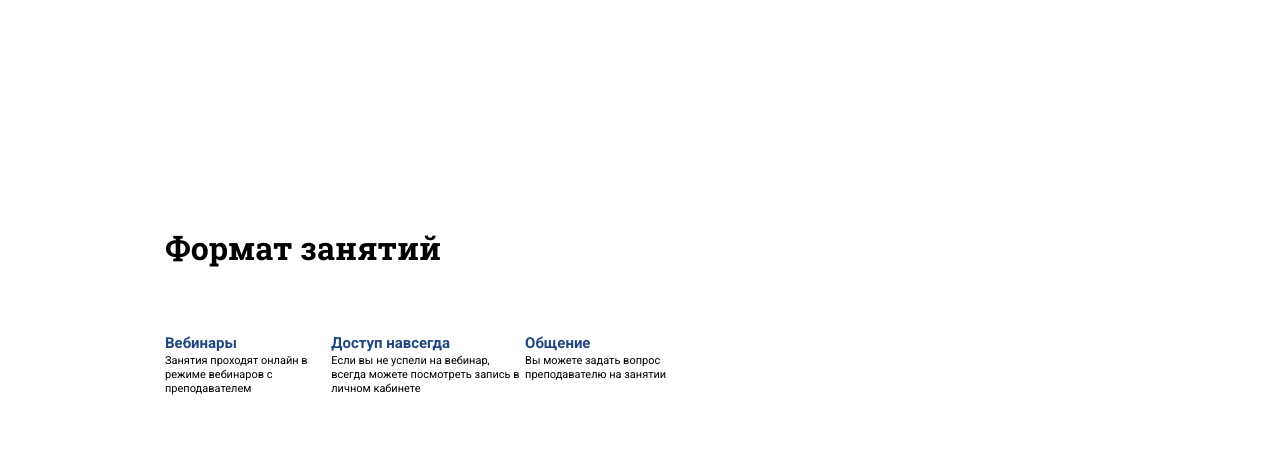
Repository: PoladEziz/Task-4
Page: index.html
These files come from the project's save history. The page is drawn as it stood at one moment and after the next save; the edit follows.
The browser window is 1280 px wide. The pictures show the whole page.

Above is the page before, as saved 2023-05-09 17:20:16.

After the next save:
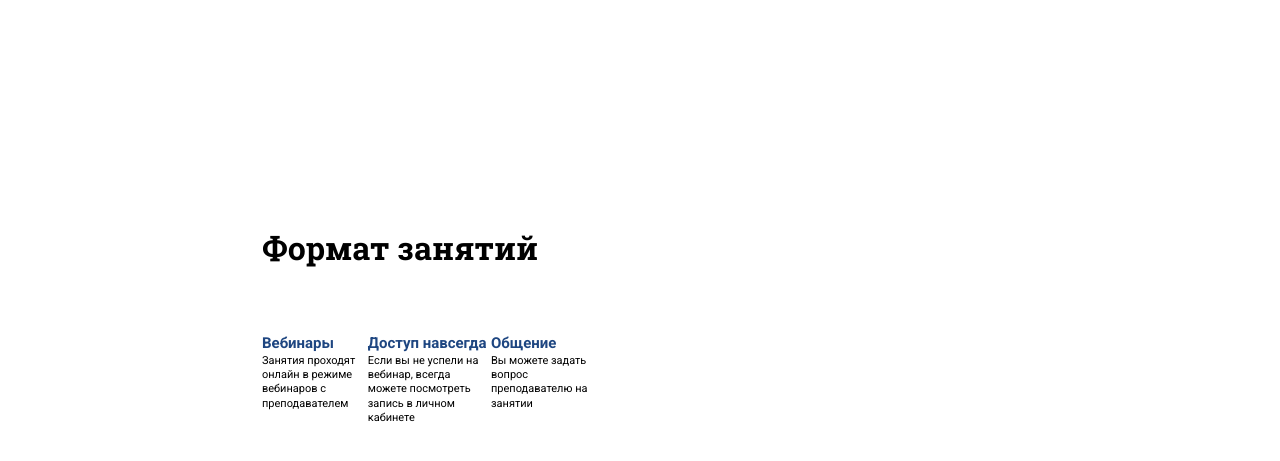
Saved 11 s later.
--- a/index.css
+++ b/index.css
@@ -94,7 +94,7 @@
   }
 
 .page-1{
-  padding: 70px 102px;
+  padding: 70px 199px;
 
 }
   .main .page-1 h1 {
